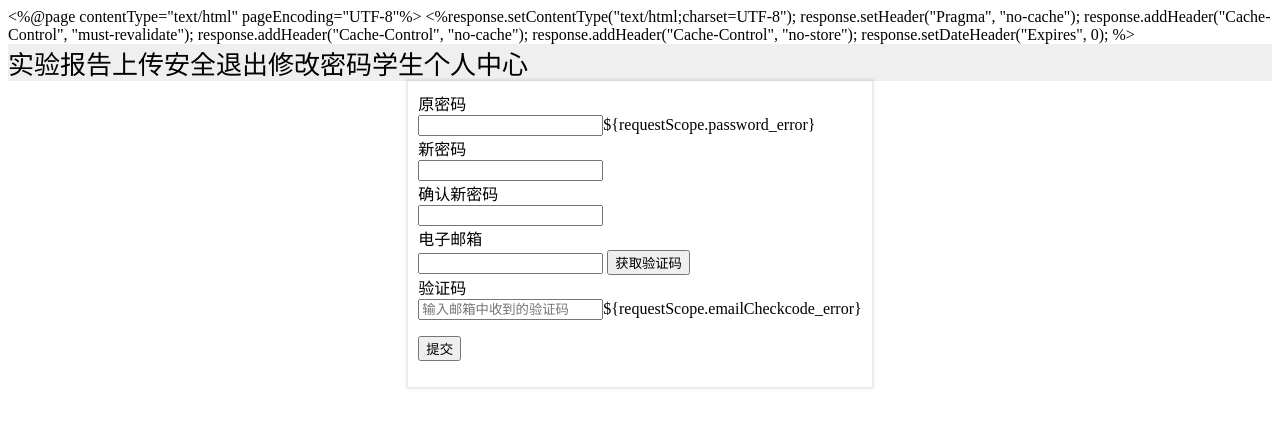
Repository: IAmJiangWenHao/ReportServer
Page: web/demo.html
These files come from the project's save history. The page is drawn as it stood at one moment and after the next save; the edit follows.
The browser window is 1280 px wide. The pictures show the whole page.

Above is the page before, as saved 2023-06-01 12:35:05.

After the next save:
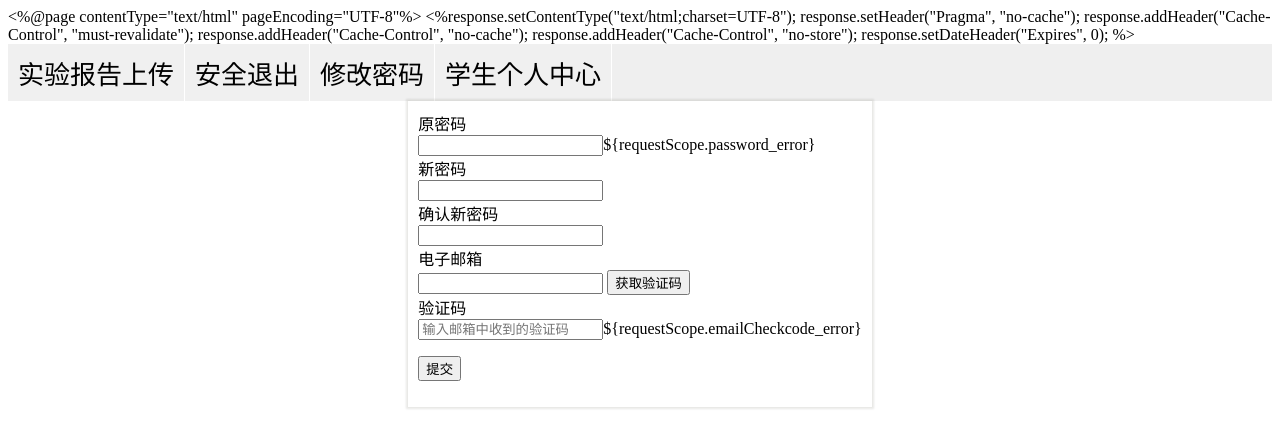
Saved 20 s later.
--- a/web/demo.html
+++ b/web/demo.html
@@ -15,6 +15,17 @@
 
   <body>
     <style>
+                  .topbar-item{
+        padding: 10px;
+        border-right: 1px solid white;
+        cursor:hand;
+        background-color: rgba(240, 240, 240, 1)
+      }
+      .topbar-item:hover{
+        background-color: gainsboro
+
+
+      }
             #course1{
 
 
